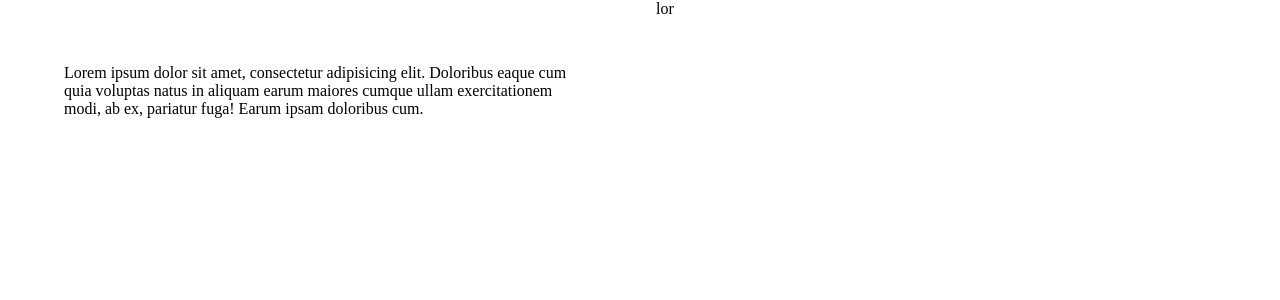
Repository: JeffRodFer/Formulario_de_Matriculas
Page: index.html
The author's editor kept a copy of each file at every save. The page is drawn from the files as they stood at one save, then again after the next save.
The browser window is 1280 px wide. The pictures show the whole page.

Above is the page before, as saved 2025-05-06 20:52:12.

After the next save:
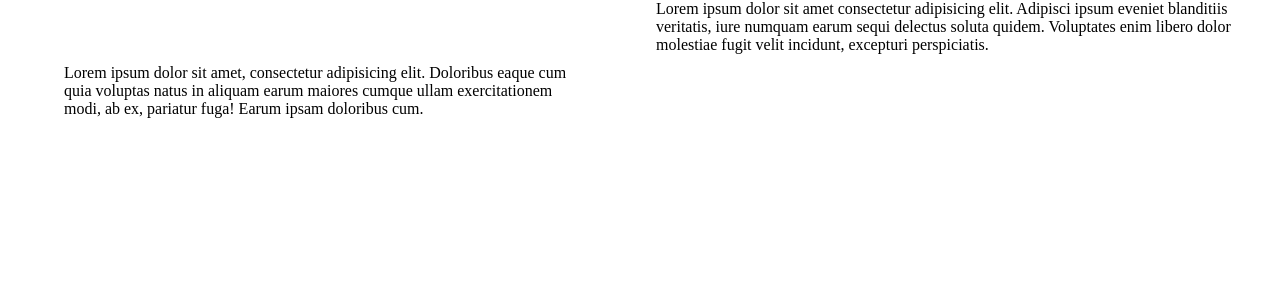
Saved 1 s later.
--- a/index.html
+++ b/index.html
@@ -19,7 +19,7 @@
     </main>
 
     <aside>
-      <div class="aside-container">lor</div>
+      <div class="aside-container">Lorem ipsum dolor sit amet consectetur adipisicing elit. Adipisci ipsum eveniet blanditiis veritatis, iure numquam earum sequi delectus soluta quidem. Voluptates enim libero dolor molestiae fugit velit incidunt, excepturi perspiciatis.</div>
     </aside>
 
   </div>
